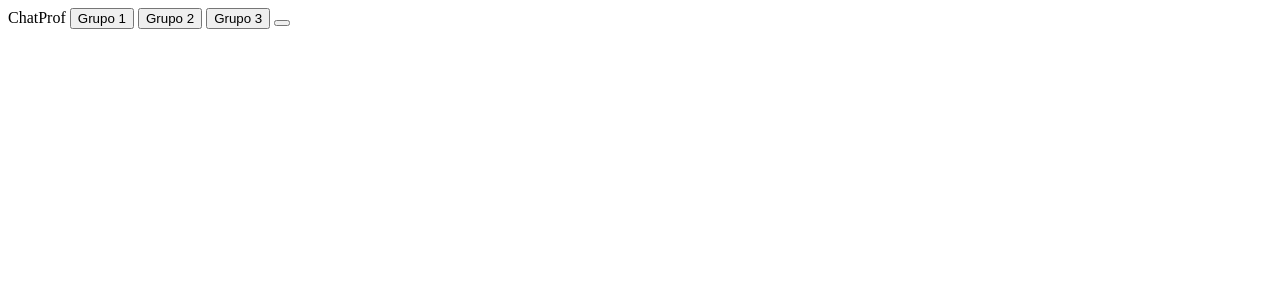
Repository: victornovy/chat-prof
Page: src/pages/home/home.html
The author's editor kept a copy of each file at every save. The page is drawn from the files as they stood at one save, then again after the next save.
The browser window is 1280 px wide. The pictures show the whole page.

Above is the page before, as saved 2018-10-25 00:00:08.

After the next save:
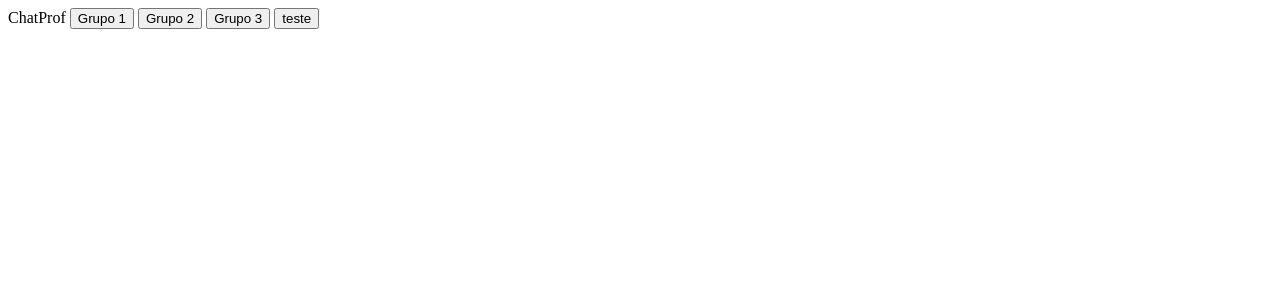
Saved 5 min 42 s later.
--- a/src/pages/home/home.html
+++ b/src/pages/home/home.html
@@ -13,8 +13,8 @@
         <button ion-item>Grupo 3</button>
     </ion-list>
     <ion-fab right bottom>
-        <button ion-fab color="danger">
-            <ion-icon name="chatbubbles"></ion-icon>
+        <button ion-fab color="primary">
+            teste
         </button>
     </ion-fab>
 </ion-content>

After the save that followed:
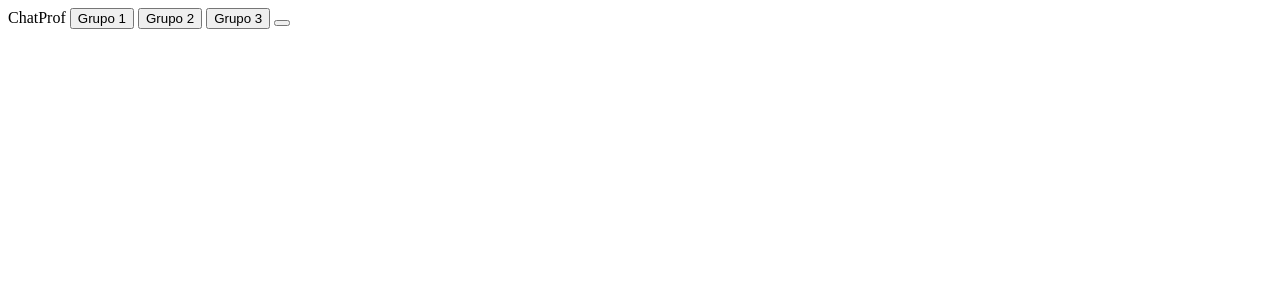
Saved 26 s later.
--- a/src/pages/home/home.html
+++ b/src/pages/home/home.html
@@ -14,7 +14,7 @@
     </ion-list>
     <ion-fab right bottom>
         <button ion-fab color="primary">
-            teste
+            <ion-icon name="chatbubbles"></ion-icon>
         </button>
     </ion-fab>
 </ion-content>
